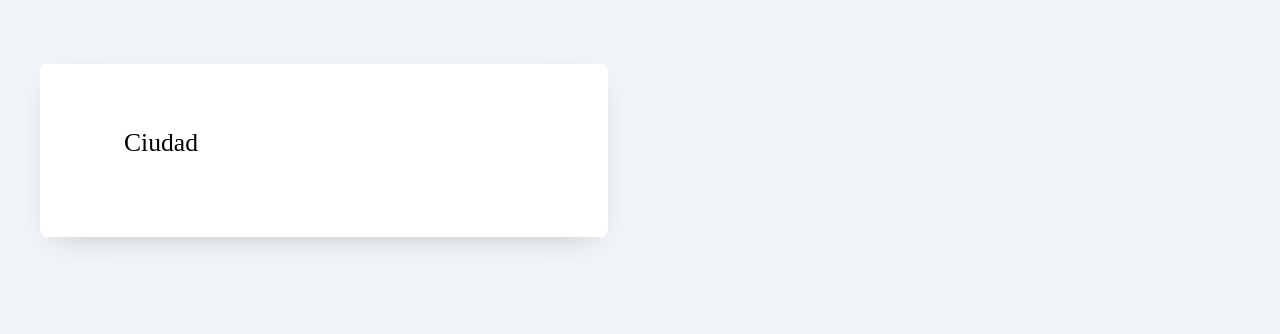
Repository: CarlosCamposRodriguez99/climaApp
Page: /
An editor plug-in stored every save of this project. The page is shown before and after a run of saves, followed by the edit.
The browser window is 1280 px wide. The pictures show the whole page.
Some web fonts or font styles are not loaded; a fallback is used. The project was rebuilt for these pictures with package versions that can differ from the ones it lists, and the page was loaded fresh each time. Also part of the build but not shown: vite.config.js.

Above is the page before, as saved 2022-03-15 18:21:08.

### index.html
<!DOCTYPE html>
<html lang="en">
  <head>
    <meta charset="UTF-8" />
    <link rel="icon" type="image/svg+xml" href="/src/favicon.svg" />
    <meta name="viewport" content="width=device-width, initial-scale=1.0" />
    <title>Clima App - Context</title>
    <link rel="stylesheet" href="https://cdnjs.cloudflare.com/ajax/libs/modern-normalize/1.1.0/modern-normalize.min.css">
    <link rel="preconnect" href="https://fonts.googleapis.com">
    <link rel="preconnect" href="https://fonts.gstatic.com" crossorigin>
    <link href="https://fonts.googleapis.com/css2?family=Hubballi&family=Inter:wght@900&display=swap" rel="stylesheet">

  </head>
  <body>
    <div id="root"></div>
    <script type="module" src="/src/main.jsx"></script>
  </body>
</html>

### src/index.css
body {
  font-family: 'Hubballi', cursive;
  background-color: #f1f5f9;
  font-size: 1.6rem;
}
header {
  background-color: #0ea5e9;
  padding: 1.5rem;
  border-bottom: 1rem solid #0284c7;
}
header h1 {
  text-align: center;
  color: white;
  font-family: 'Inter', sans-serif;
  font-size: 3rem;
  margin:0;
}
.dos-columnas {
  display: grid;
  gap: 4rem;
}
@media (min-width: 768px) {
  .dos-columnas {
    grid-template-columns: repeat(2, 1fr);
  }
}
main {
  margin: 4rem auto;
  max-width: 1200px;
}
.contenedor {
  margin: 0 auto 2rem auto;
  border-radius: .5rem;
  background-color: white;
  padding: 4rem;
  -webkit-box-shadow: 0px 10px 33px -17px rgba(173,173,173,1);
  -moz-box-shadow: 0px 10px 33px -17px rgba(173,173,173,1);
  box-shadow: 0px 10px 33px -17px rgba(173,173,173,1);
  width: 100%;
}
form {
  width: 100%;
}
.campo {
  max-width: 400px;
  margin: 0 auto 1rem auto;
}
.campo label {
  display: block;

}
.campo input,
.campo select {
  all: unset;
  border: 1px solid #cbd5e1;
  width: 100%;
  border-radius: 1rem;
  padding: .5rem;
}

input[type="submit"] {
  background-color: #0ea5e9;
  margin: 2rem auto 0 auto;
  display: block;
  padding: 1rem 3rem;
  color: white;
  text-transform: uppercase;
  font-family: 'Inter', sans-serif;
  font-size: 1rem;
  border: none;
  width: 100%;
  transition: background-color .3s ease;
}
@media (min-width: 768px) {
  input[type="submit"]  {
    max-width: 400px;
  }
}
input[type="submit"]:hover {
  background-color: #0369a1;
}


.loading {
  display: flex;
  justify-content: center;
  align-items: center;
  width: 100%;
}

.sk-chase {
  width: 40px;
  height: 40px;
  position: relative;
  animation: sk-chase 2.5s infinite linear both;

}

.sk-chase-dot {
  width: 100%;
  height: 100%;
  position: absolute;
  left: 0;
  top: 0;
  animation: sk-chase-dot 2.0s infinite ease-in-out both;
}

.sk-chase-dot:before {
  content: '';
  display: block;
  width: 25%;
  height: 25%;
  background-color: #0ea5e9;
  border-radius: 100%;
  animation: sk-chase-dot-before 2.0s infinite ease-in-out both;
}

.sk-chase-dot:nth-child(1) { animation-delay: -1.1s; }
.sk-chase-dot:nth-child(2) { animation-delay: -1.0s; }
.sk-chase-dot:nth-child(3) { animation-delay: -0.9s; }
.sk-chase-dot:nth-child(4) { animation-delay: -0.8s; }
.sk-chase-dot:nth-child(5) { animation-delay: -0.7s; }
.sk-chase-dot:nth-child(6) { animation-delay: -0.6s; }
.sk-chase-dot:nth-child(1):before { animation-delay: -1.1s; }
.sk-chase-dot:nth-child(2):before { animation-delay: -1.0s; }
.sk-chase-dot:nth-child(3):before { animation-delay: -0.9s; }
.sk-chase-dot:nth-child(4):before { animation-delay: -0.8s; }
.sk-chase-dot:nth-child(5):before { animation-delay: -0.7s; }
.sk-chase-dot:nth-child(6):before { animation-delay: -0.6s; }

@keyframes sk-chase {
  100% { transform: rotate(360deg); }
}

@keyframes sk-chase-dot {
  80%, 100% { transform: rotate(360deg); }
}

@keyframes sk-chase-dot-before {
  50% {
    transform: scale(0.4);
  } 100%, 0% {
    transform: scale(1.0);
  }
}

### src/App.jsx
import AppClima from "./components/AppClima";

function App() {

  return (
    <AppClima />
  )
}

export default App

### src/components/AppClima.jsx
import React from 'react'
import Formulario from './Formulario'

const AppClima = () => {
  return (
    <>
        <main className="dos-columnas">
          <Formulario />
        </main>
    </>
  )
}

export default AppClima

### src/components/Formulario.jsx


const Formulario = () => {
  return (
    <div className="contenedor">
      <form>
        <div className="campo">
          <label htmlFor="ciudad">Ciudad</label>


        </div>
      </form>
    </div>
  )
}

export default Formulario

Loaded but not shown: src/main.jsx (common file)

After the next 2 saves:
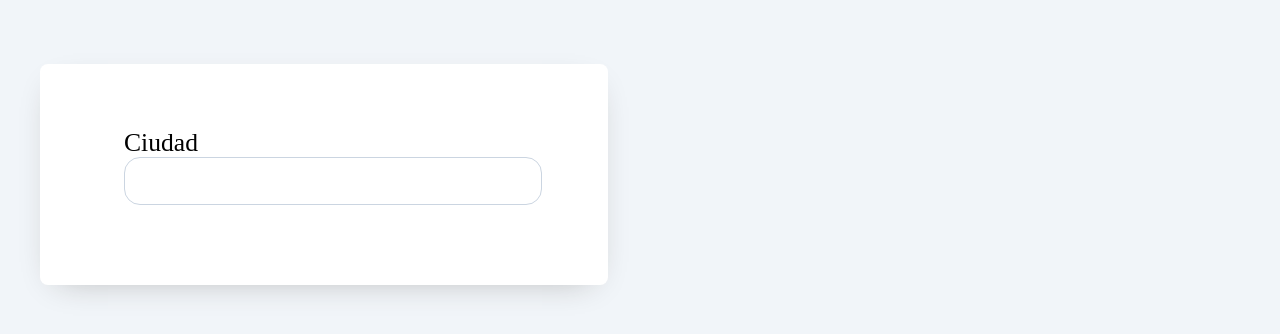
The 2 saves are shown as one change because they came seconds apart.
The last was saved 10 s later.
--- a/src/components/Formulario.jsx
+++ b/src/components/Formulario.jsx
@@ -6,7 +6,9 @@ const Formulario = () => {
       <form>
         <div className="campo">
           <label htmlFor="ciudad">Ciudad</label>
+          <input
 
+          />
 
         </div>
       </form>
